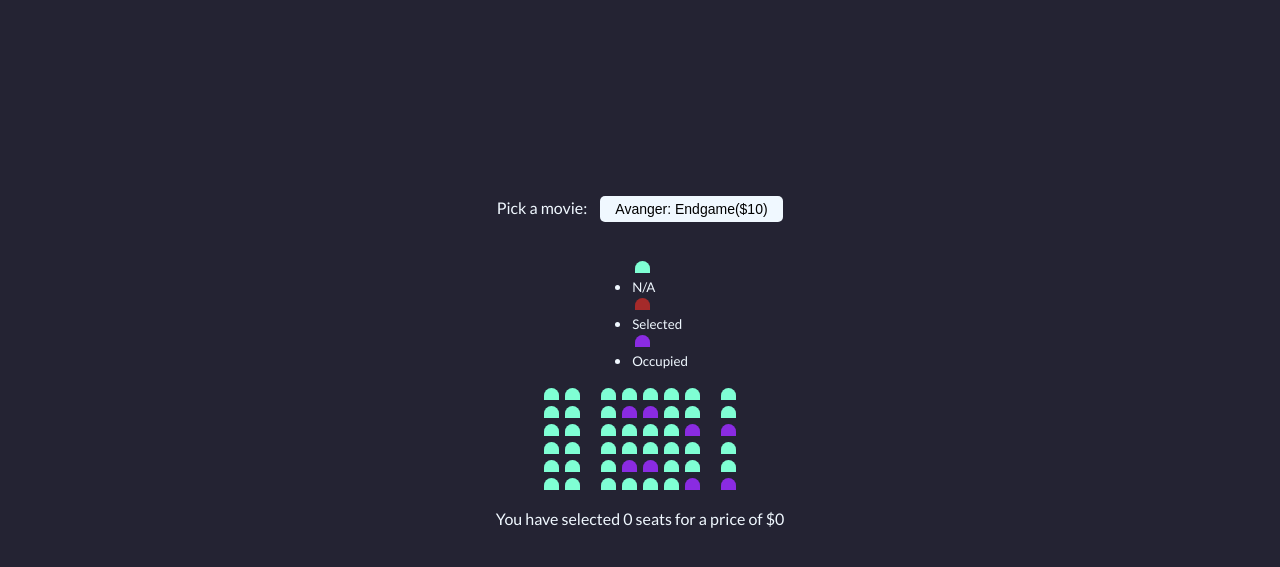
Repository: atko87/Movie-seat-Booking
Page: index.html
The author's editor kept a copy of each file at every save. The page is drawn from the files as they stood at one save, then again after the next save.
The browser window is 1280 px wide. The pictures show the whole page.

Above is the page before, as saved 2020-03-08 13:59:43.

### index.html
<!DOCTYPE html>
<html lang="en">
  <head>
    <meta charset="UTF-8" />
    <meta name="viewport" content="width=device-width, initial-scale=1.0" />
    <link rel="stylesheet" href="style.css" />
    <title>Movie Seat Booking</title>
  </head>
  <body>
    <div class="movie-container">
      <label>Pick a movie:</label>
      <select id="movie">
        <option value="10">Avanger: Endgame($10)</option>
        <option value="12">Joker ($12)</option>
        <option value="8">Neretva($15)</option>
        <option value="9">Delfina ($20)</option>
      </select>
    </div>

    <ul class="showcase">
      <li>
        <div class="seat"></div>
        <small>N/A</small>
      </li>
      <li>
        <div class="seat selected"></div>
        <small>Selected</small>
      </li>
      <li>
        <div class="seat occupied"></div>
        <small>Occupied</small>
      </li>
    </ul>

    <div class="container">
      <div class="screen"></div>
      <div class="row">
        <div class="seat"></div>
        <div class="seat"></div>
        <div class="seat"></div>
        <div class="seat"></div>
        <div class="seat"></div>
        <div class="seat"></div>
        <div class="seat"></div>
        <div class="seat"></div>
      </div>
      <div class="row">
        <div class="seat"></div>
        <div class="seat"></div>
        <div class="seat"></div>
        <div class="seat occupied"></div>
        <div class="seat occupied"></div>
        <div class="seat"></div>
        <div class="seat"></div>
        <div class="seat"></div>
      </div>
      <div class="row">
        <div class="seat"></div>
        <div class="seat"></div>
        <div class="seat"></div>
        <div class="seat"></div>
        <div class="seat"></div>
        <div class="seat"></div>
        <div class="seat occupied"></div>
        <div class="seat occupied"></div>
      </div>
      <div class="row">
        <div class="seat"></div>
        <div class="seat"></div>
        <div class="seat"></div>
        <div class="seat"></div>
        <div class="seat"></div>
        <div class="seat"></div>
        <div class="seat"></div>
        <div class="seat"></div>
      </div>
      <div class="row">
        <div class="seat"></div>
        <div class="seat"></div>
        <div class="seat"></div>
        <div class="seat occupied"></div>
        <div class="seat occupied"></div>
        <div class="seat"></div>
        <div class="seat"></div>
        <div class="seat"></div>
      </div>
      <div class="row">
        <div class="seat"></div>
        <div class="seat"></div>
        <div class="seat"></div>
        <div class="seat"></div>
        <div class="seat"></div>
        <div class="seat"></div>
        <div class="seat occupied"></div>
        <div class="seat occupied"></div>
      </div>
    </div>
    <p class="text">
      You have selected <span id="count">0 </span>seats for a price of $<span
        id="total"
        >0</span
      >
    </p>
    <script src="script.js"></script>
  </body>
</html>

### style.css
@import url("https://fonts.googleapis.com/css?family=Lato&display=swap");

* {
  box-sizing: border-box;
}

body {
  background-color: #242333;
  color: aliceblue;
  display: flex;
  flex-direction: column;
  align-items: center;
  justify-content: center;
  height: 100vh;
  font-family: "Lato", sans-serif;
  margin: 0;
}

.movie-container {
  margin: 20px 0;
}

.movie-container select {
  background-color: aliceblue;
  border: 0;
  border-radius: 5px;
  font-size: 14px;
  margin-left: 10px;
  padding: 5px 15px 5px 15px;
  -moz-appearance: none;
  -webkit-appearance: none;
  appearance: none;
}
.seat {
  background-color: aquamarine;
  height: 12px;
  width: 15px;
  margin: 3px;
  border-top-left-radius: 10px;
  border-top-right-radius: 10px;
}
.seat.selected {
  background-color: brown;
}
.seat.occupied {
  background-color: blueviolet;
}
.seat:nth-of-type(2) {
  margin-right: 18px;
}
.seat:nth-last-of-type(2) {
  margin-right: 18px;
}
.row {
  display: flex;
}

Loaded but not shown: script.js (no copy from this time; the picture is the same without it)

After the next save:
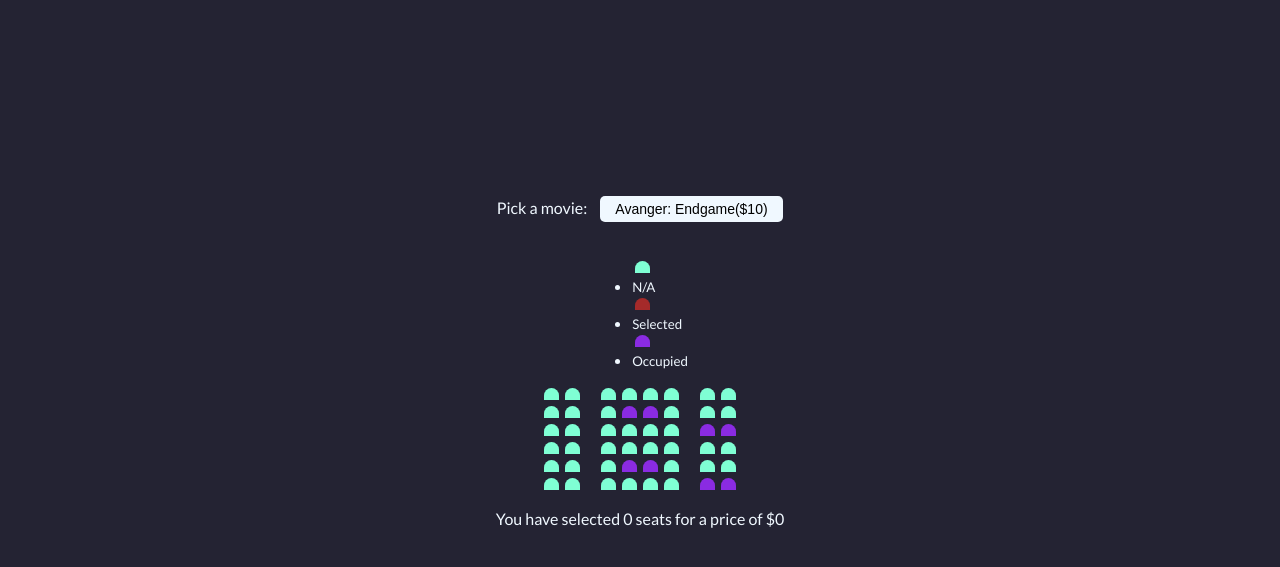
Saved 8 s later.
--- a/style.css
+++ b/style.css
@@ -49,7 +49,7 @@
   margin-right: 18px;
 }
 .seat:nth-last-of-type(2) {
-  margin-right: 18px;
+  margin-left: 18px;
 }
 .row {
   display: flex;
